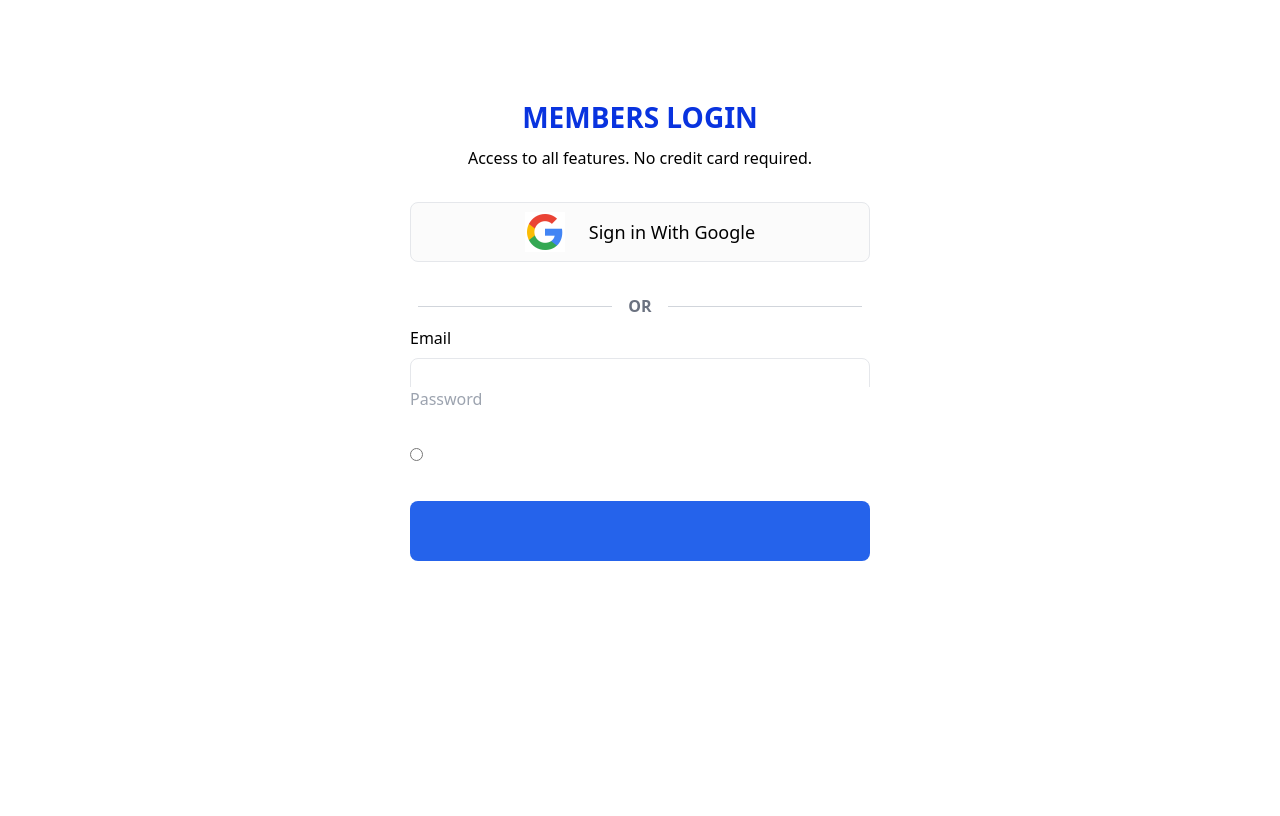
Repository: MaramMaryam/login
Page: login.html
The author's editor kept a copy of each file at every save. The page is drawn from the files as they stood at one save, then again after a run of saves.
The browser window is 1280 px wide. The pictures show the whole page.
Some web libraries are served in a nearby version.

Above is the page before, as saved 2023-06-29 11:42:10.

After the next 2 saves:
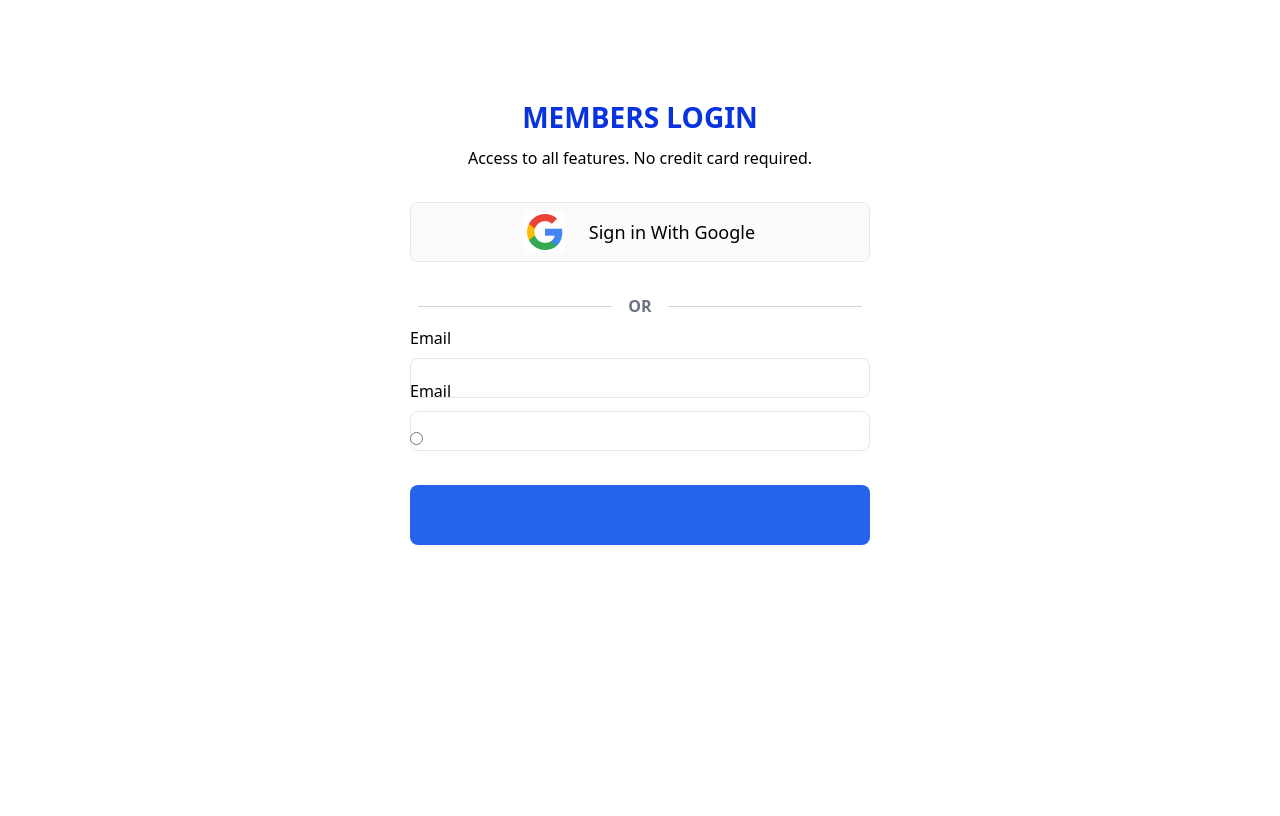
The 2 saves are shown as one change because they came seconds apart.
The last was saved 43 s later.
--- a/login.html
+++ b/login.html
@@ -54,8 +54,18 @@
                 </div>
                 <!-- <input type="email" class="w-full" placeholder="Email"> -->
             </div>
-            <div class="h-[45px] my-4">
-                <input type="password" class="w-full" placeholder="Password">
+            <div class="h-[45px] my-2">
+                <div class="flex flex-col">
+                    <label class="mb-2">Email</label>
+                    <div
+                        class="flex bg-white items-center border border-alto-main rounded-[8px]"
+                    >
+                        <input
+                            class="bg-transparent border-none w-full h-full p-2 outline-none"
+                        />
+                    </div>
+                </div>
+                <!-- <input type="email" class="w-full" placeholder="Email"> -->
             </div>
             <div class="flex items-center justify-between my-2">
                 <label class="flex items-center">
